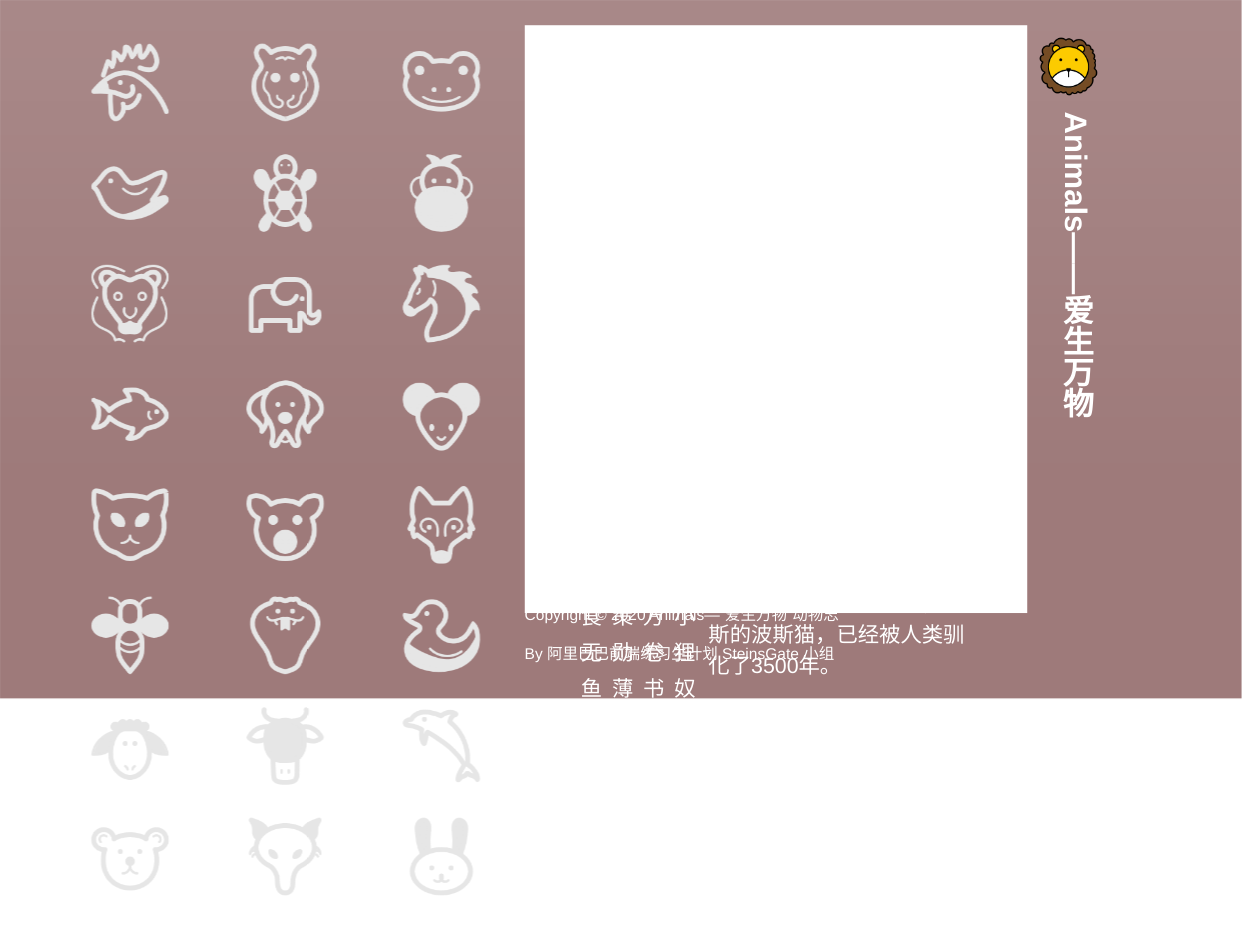
Repository: Whiskeyi/Animals
Page: /
An editor plug-in stored every save of this project. The page is shown before and after the next save, followed by the edit.
The browser window is 1280 px wide. The pictures show the whole page, at 97% of full size.
The project was rebuilt for these pictures with package versions that can differ from the ones it lists, and the page was loaded fresh each time.

Above is the page before, as saved 2021-11-16 20:13:26.

After the next save:
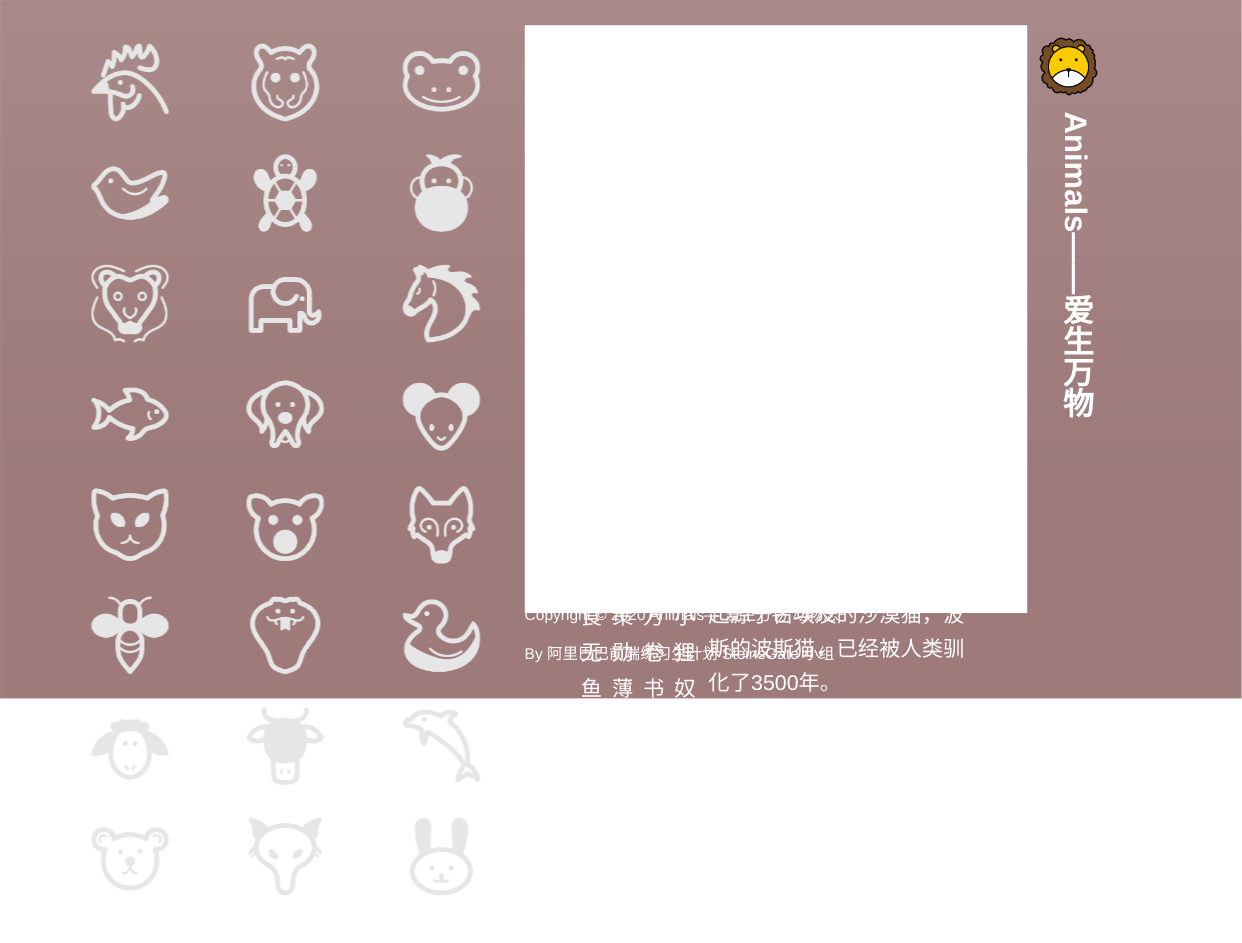
Saved 6 s later.
--- a/src/components/Info/introduce-bottom/index.vue
+++ b/src/components/Info/introduce-bottom/index.vue
@@ -52,6 +52,6 @@ export default {
 }
 .IntContent {
     font-size: 22px;
-    line-height: 32px;
+    line-height: 35px;
 }
 </style>
